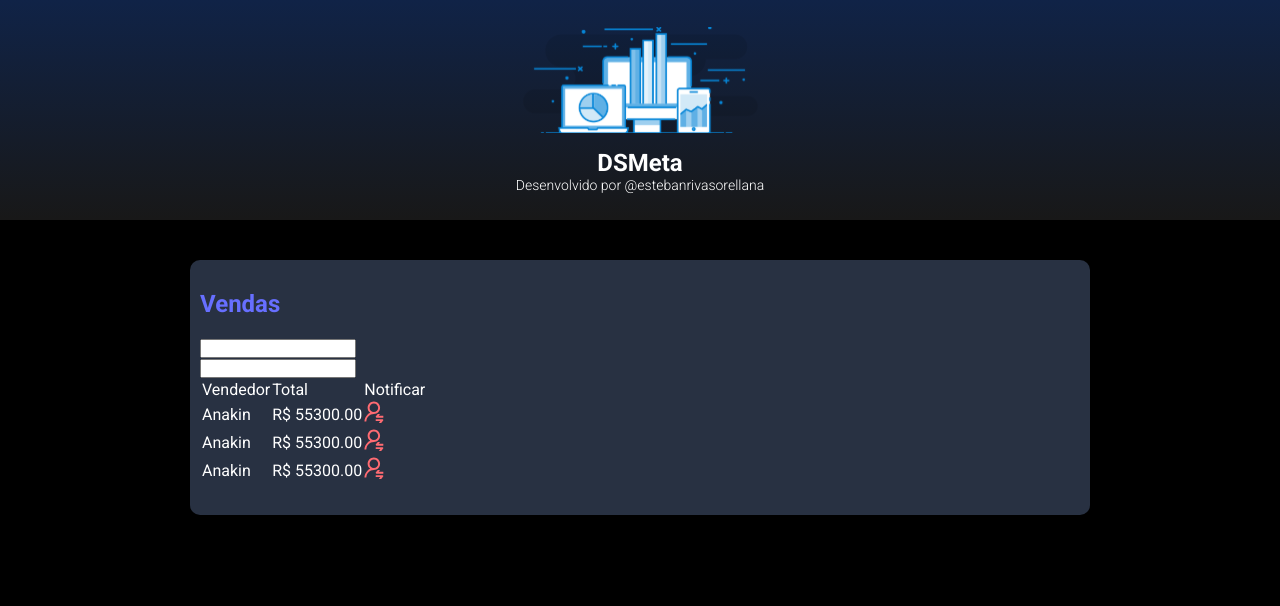
Repository: estebanrivas/dsmeta-css
Page: index.html
The author's editor kept a copy of each file at every save. The page is drawn from the files as they stood at one save, then again after a run of saves.
The browser window is 1280 px wide. The pictures show the whole page.

Above is the page before, as saved 2022-09-08 21:47:26.

### index.html
<!DOCTYPE html>
<html lang="en">

<head>
    <meta charset="UTF-8">
    <meta http-equiv="X-UA-Compatible" content="IE=edge">
    <meta name="viewport" content="width=device-width, initial-scale=1.0">
    <title>DSMeta</title>

    <link rel="stylesheet" href="css/styles.css">
</head>

<body>
    <header>
        <div class="dsmeta-logo-container">
            <img src="images/logo.svg" alt="DSMeta">
            <h1>DSMeta</h1>
            <p>Desenvolvido por
                <a href="https://www.instagram.com/estebanrivasorellana/">@estebanrivasorellana</a>
            </p>
        </div>
    </header>

    <main>
        <section id="sales">
            <div class="dsmeta-container">
                <div class="dsmeta-card">
                    <h2 class="dsmeta-sales-title">Vendas</h2>

                    <div>
                        <div>
                            <input class="dsmeta-form-control" type="text">
                        </div>
                        <div>
                            <input class="dsmeta-form-control" type="text">
                        </div>
                    </div>

                    <div>
                        <table>
                            <thead>
                                <tr>
                                    <td>Vendedor</td>
                                    <td>Total</td>
                                    <td>Notificar</td>
                                </tr>
                            </thead>
                            <tbody>
                                <tr>
                                    <td>Anakin</td>
                                    <td>R$ 55300.00</td>
                                    <td><img src="images/notification-icon.svg" alt="Notificar"></td>
                                </tr>
                                <tr>
                                    <td>Anakin</td>
                                    <td>R$ 55300.00</td>
                                    <td><img src="images/notification-icon.svg" alt="Notificar"></td>
                                </tr>
                                <tr>
                                    <td>Anakin</td>
                                    <td>R$ 55300.00</td>
                                    <td><img src="images/notification-icon.svg" alt="Notificar"></td>
                                </tr>
                            </tbody>
                        </table>
                    </div>
                </div>
            </div>
        </section>
    </main>


</body>

</html>

### css/styles.css
@import url("https://fonts.googleapis.com/css2?family=Roboto:wght@300;400;700&display=swap");

* {
  font-family: "Roboto", sans-serif;
  box-sizing: border-box;
  margin: 0;
  padding: 0;
}

body,
html {
  background-color: #000;
  color: #fff;
}

a,
a:hover,
a:visited {
  color: unset;
  text-decoration: none;
}

header {
  height: 220px;
  background: linear-gradient(180deg, #102347 0%, #181818 100%);
  display: flex;
  align-items: center;
  justify-content: center;
}

.dsmeta-logo-container {
  display: flex;
  flex-direction: column;
  align-items: center;
}

.dsmeta-logo-container img {
  width: 235px;
}

.dsmeta-logo-container h1 {
  padding-top: 15px;
  font-size: 24px;
}

.dsmeta-logo-container p {
  font-size: 14px;
  font-weight: 300;
}

#sales {
  padding: 40px 10px;

}

.dsmeta-container {
  width: 100%;
  max-width: 900px;
  margin: 0 auto;
}

.dsmeta-card {
  background-color: #283142;
  border-radius: 10px;
  padding: 30px 10px;
}

.dsmeta-form-control{

}

.dsmeta-sales-title{
    color: #676FFF;
    font-size: 24px;
    margin-bottom: 20px;
}

After the next 3 saves:
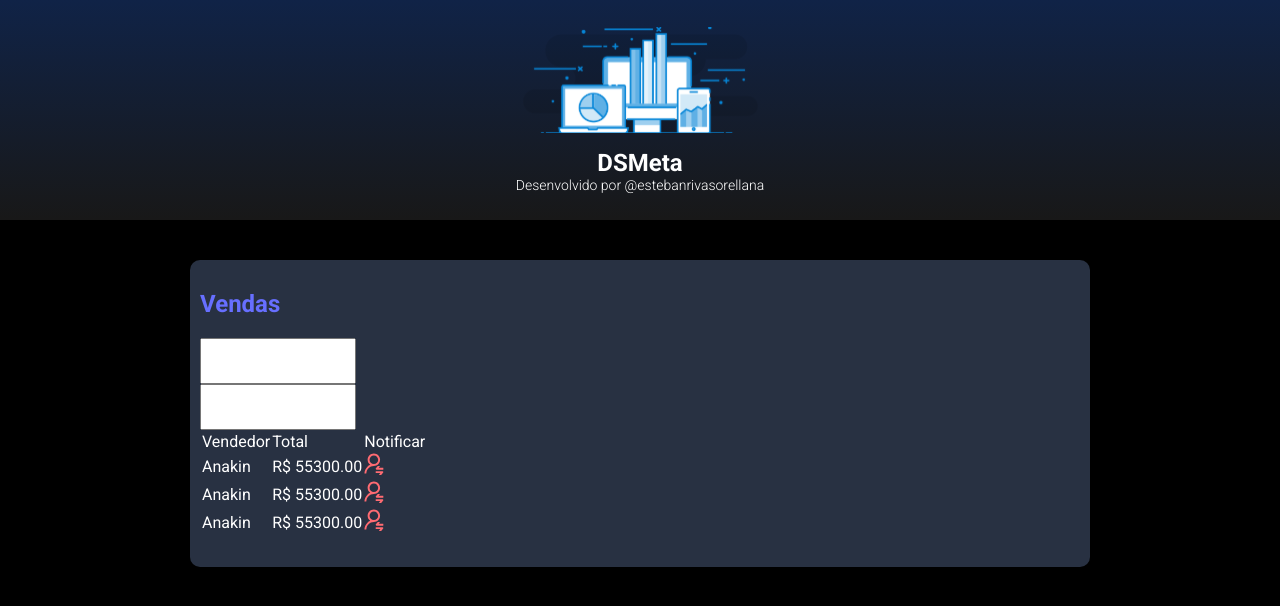
The 3 saves are shown as one change because they came seconds apart.
The last was saved 18 s later.
--- a/css/styles.css
+++ b/css/styles.css
@@ -66,6 +66,7 @@ header {
 }
 
 .dsmeta-form-control{
+    height: 46px;
 
 }
 
